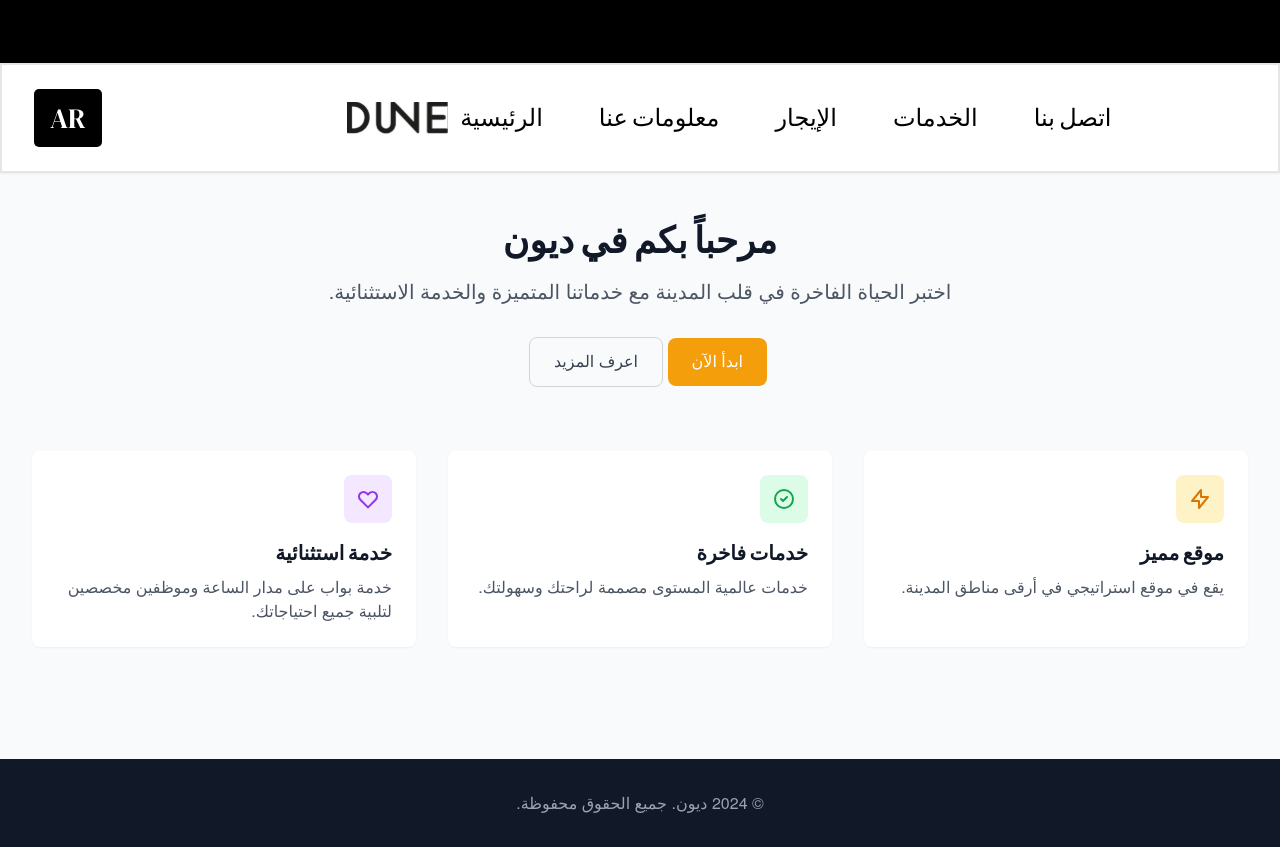
Repository: ahmedassr5765/dune
Page: index.html
The author's editor kept a copy of each file at every save. The page is drawn from the files as they stood at one save, then again after the next save.
The browser window is 1280 px wide. The pictures show the whole page.
After loading, the first visible `#languageToggle` was clicked once.
Some web fonts or font styles are not loaded; a fallback is used. Some web libraries are served in a nearby version.

Above is the page before, as saved 2025-07-12 17:51:47.

After the next save:
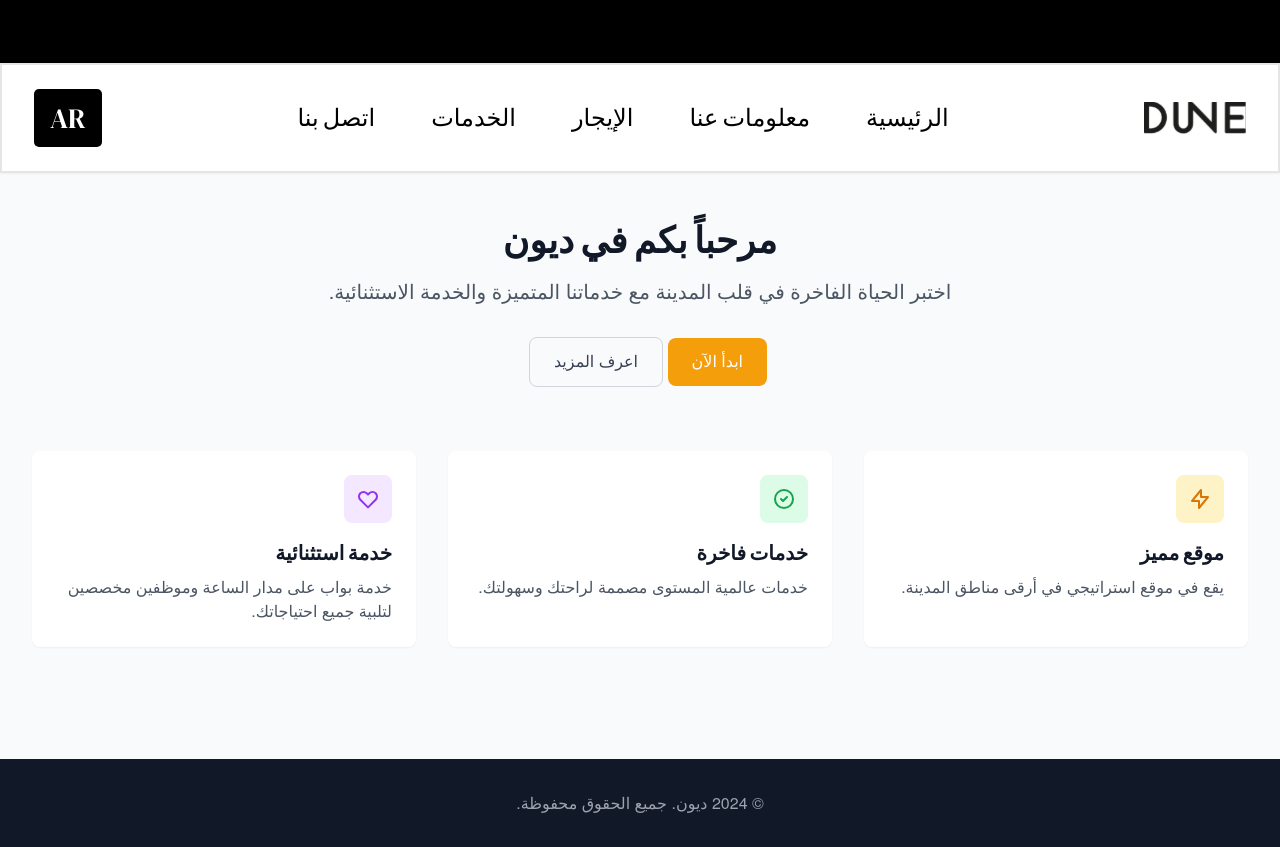
Saved 42 s later.
--- a/index.html
+++ b/index.html
@@ -52,33 +52,33 @@
             text-align: right;
         }
 
-        [dir="rtl"] .logo {
-            margin-right: 0;
-            margin-left: auto;
-        }
-
-        [dir="rtl"] .nav-items {
-            flex-direction: row-reverse;
-            margin-left: 0;
-            margin-right: auto;
-        }
-
-        [dir="rtl"] .lang-toggle {
-            order: -1;
-            margin-left: 0;
-            margin-right: auto;
-        }
-
         [dir="rtl"] .header-container {
             flex-direction: row-reverse;
         }
 
+        [dir="rtl"] .logo {
+            order: 3;
+            margin-left: 0;
+            margin-right: 0;
+        }
+
+        [dir="rtl"] .nav-items {
+            order: 2;
+            flex-direction: row;
+            margin-left: 0;
+            margin-right: 0;
+            flex: 1;
+            justify-content: center;
+        }
+
+        [dir="rtl"] .lang-toggle {
+            order: 1;
+            margin-left: 0;
+            margin-right: 0;
+        }
+
         [dir="rtl"] .nav-items a {
             margin-left: 0;
-            margin-right: 2rem;
-        }
-
-        [dir="rtl"] .nav-items a:last-child {
             margin-right: 0;
         }
 
